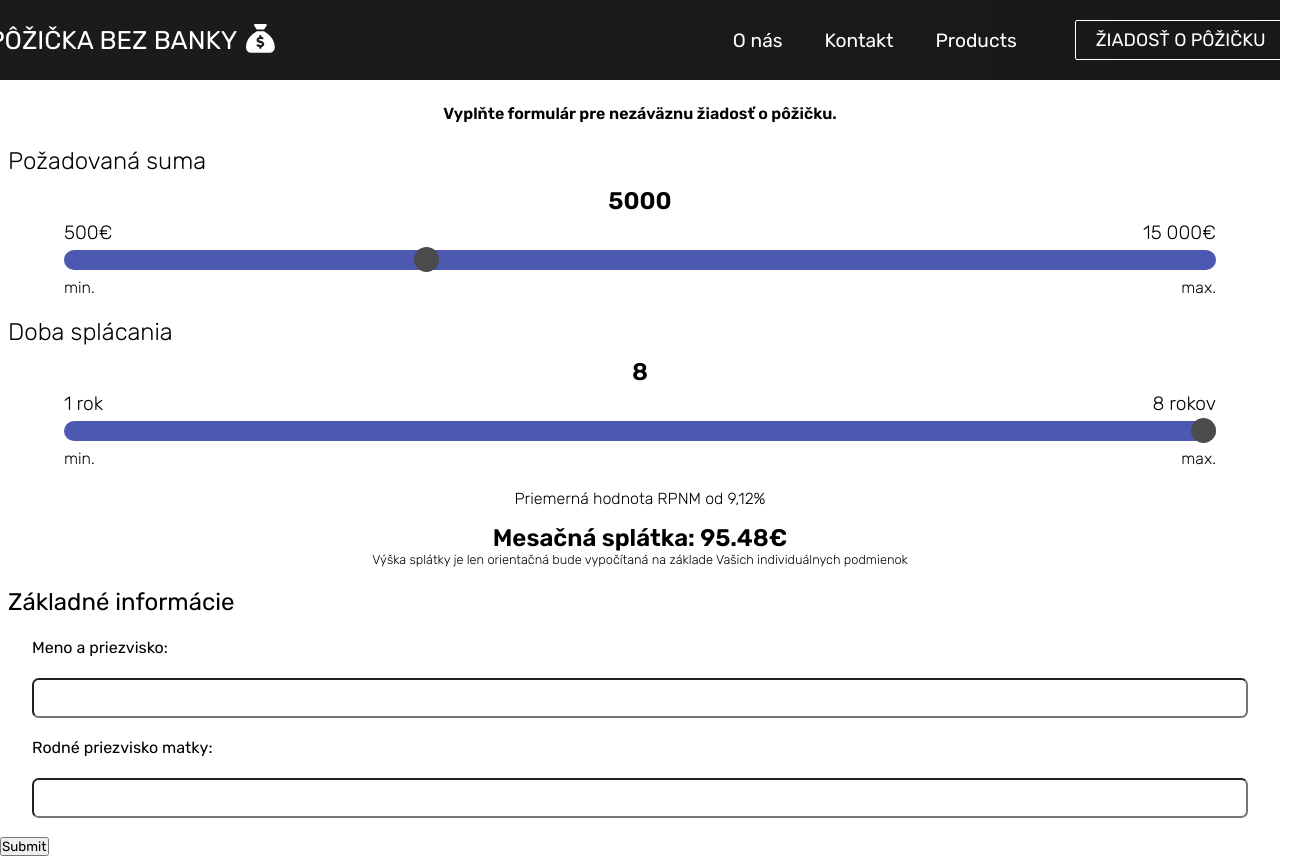
Repository: steve-lgtm/React-website-pozickabezbanky
Page: /ziadost
These files come from the project's save history. The page is drawn as it stood at one moment and after the next save; the edit follows.
The browser window is 1280 px wide. The page is 1305 px wide, so the pictures cover 1305 px, including what lies to the right of the window. The pictures show the whole page.
Some web libraries are served in a nearby version. The project was rebuilt for these pictures with package versions that can differ from the ones it lists, and the page was loaded fresh each time. Also part of the build but not shown: src/components/pages/Home.js, src/components/pages/Kontakt.js, src/components/pages/Products.js.

Above is the page before, as saved 2022-07-10 16:29:14.

After the next save:
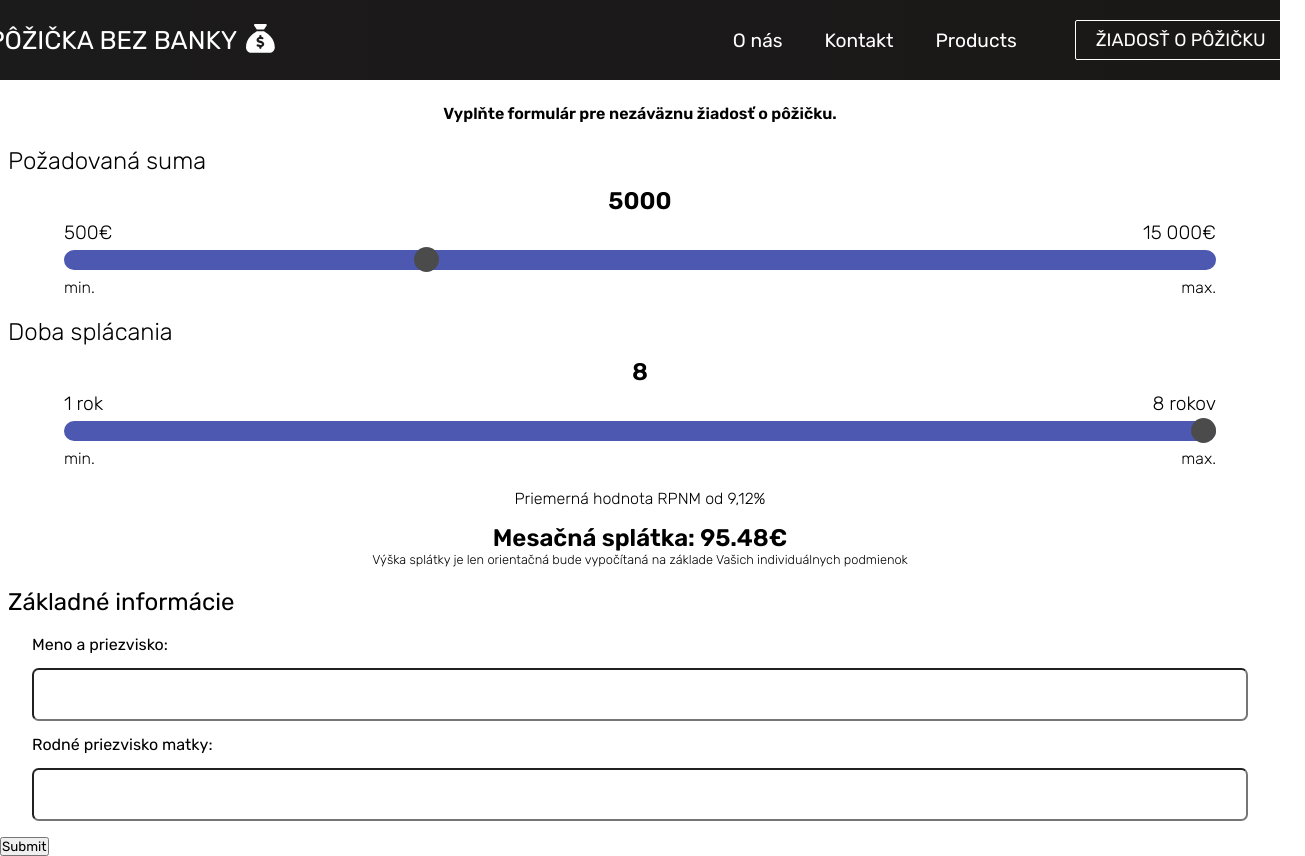
Saved 4 s later.
--- a/src/components/pages/Ziadost.css
+++ b/src/components/pages/Ziadost.css
@@ -95,5 +95,5 @@
 }
 input[type=text] {
     border-radius: 0.5em;
-    height: 3em;
+    height: 4em;
 }

After the save that followed:
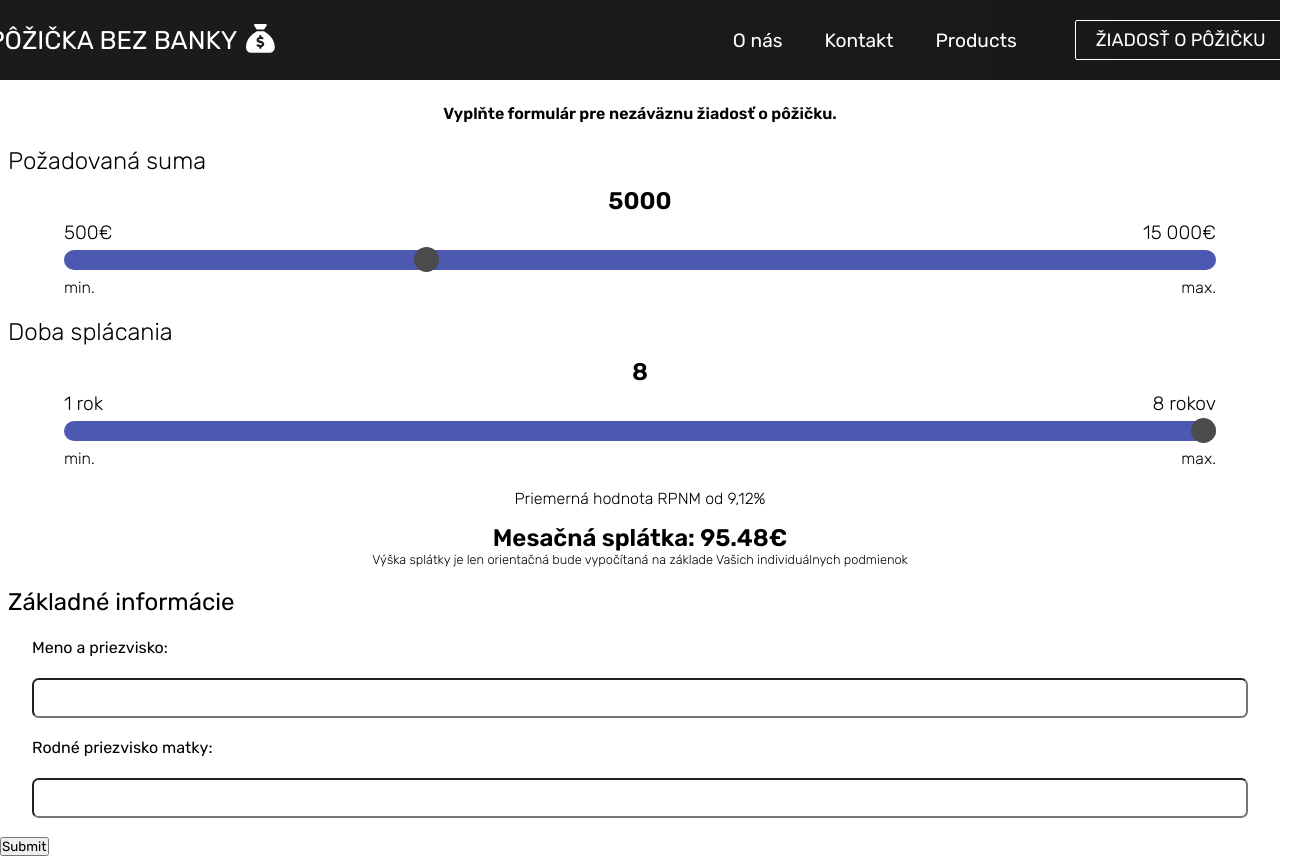
Saved 4 s later.
--- a/src/components/pages/Ziadost.css
+++ b/src/components/pages/Ziadost.css
@@ -95,5 +95,5 @@
 }
 input[type=text] {
     border-radius: 0.5em;
-    height: 4em;
+    height: 3em;
 }
